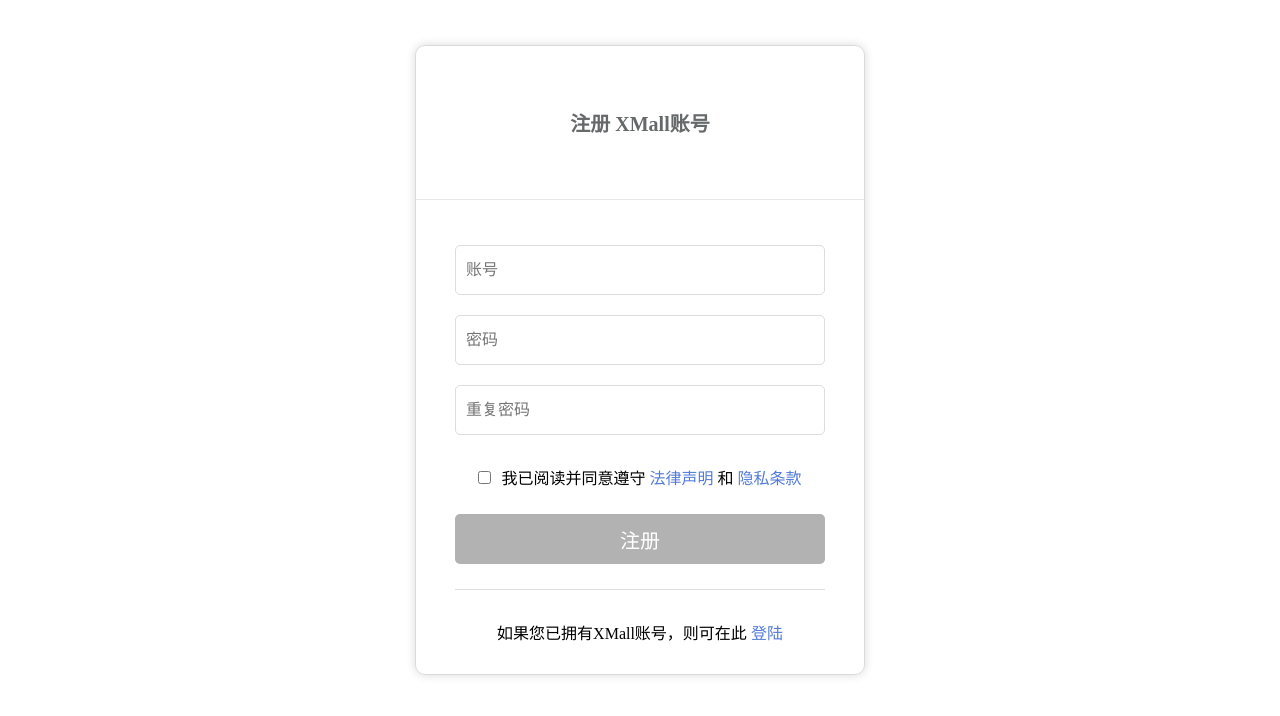
Repository: dingqihui1997/xmall-demo
Page: /signin
The author's editor kept a copy of each file at every save. The page is drawn from the files as they stood at one save, then again after the next save.
The browser window is 1280 px wide. The pictures show the whole page.
The project was rebuilt for these pictures with package versions that can differ from the ones it lists, and the page was loaded fresh each time. Also part of the build but not shown: vue.config.js, src/views/Home.vue.

Above is the page before, as saved 2021-06-29 17:26:52.

### src/main.js
import Vue from 'vue'
import App from './App.vue'
import router from './router'
import store from './store'
import ElementUI from 'element-ui';
import 'element-ui/lib/theme-chalk/index.css';
Vue.use(ElementUI);
Vue.config.productionTip = false

new Vue({
  router,
  store,
  render: h => h(App)
}).$mount('#app')

### src/App.vue
<template>
  <div id="app">
    <router-view />
  </div>
</template>

<style lang="scss">
@import "./styles/common";
@import "./styles/ui";
</style>

### src/router/index.js
import Vue from 'vue'
import VueRouter from 'vue-router'
import Home from '../views/Home.vue'

Vue.use(VueRouter)

const routes = [
  {
    path: '/',
    name: 'Home',
    component: Home
  },
  {//登录
    path: '/signin',
    name: 'Signin',
    component: () => import('../components/signin/Signin.vue')
  },
  {//注册
    path: '/register',
    name: 'Register',
    component: () => import('../components/register/Register.vue')
  },


]

const router = new VueRouter({
  mode: 'history',
  base: process.env.BASE_URL,
  routes
})

export default router

### src/styles/common.scss
 * {
     margin: 0;
     padding: 0;
 }

 .center {
     //居中显示
     margin: auto;
     position: absolute;
     top: 0;
     bottom: 0;
     left: 0;
     right: 0;
 }

 * {
     box-sizing: border-box;
 }

 .wi100 {
     width: 100%;
 }

 .hei100 {
     height: 100%;
 }

 .pflex {
     position: fixed;
     /* 固定定位 */
 }

 .flex {
     display: flex;
 }

 .flex-wrap {
     /* 子元素换行排列 */
     display: flex;
     flex-wrap: wrap;
     align-items: center;
 }

 .flex-j {
     display: flex;
     justify-content: center;
     /* 水平方向居中 */
 }

 .flex-a {
     display: flex;
     align-items: center;
     /* 垂直方向居中 */
 }

 .flex-ja {
     /* felx-ja 垂直水平方向居中 */
     display: flex;
     align-items: center;
     justify-content: center;
 }

 .flex-sb {
     /* flex-sb 子元素两边排列 */
     display: flex;
     justify-content: space-between;
 }

 .flex-sba {
     /* flex-sb 子元素两边排列 bing居中 */
     display: flex;
     justify-content: space-between;
     align-items: center;
 }

 .flex-d {
     /* z子元素竖向排列 */
     display: flex;
     flex-direction: column;
 }

 .flex-di {
     /* 子元素竖向排列并居中 */
     display: flex;
     flex-direction: column;
     align-items: center;
 }

 .flex-dj {
     /* 子元素竖向排列并居中 */
     display: flex;
     flex-direction: column;
 }

 .flex-dji {
     /* 子元素竖向排列并水平垂直居中 */
     display: flex;
     flex-direction: column;
     align-items: center;
     justify-content: center;
 }

 .pad-t10 {
     padding-top: 10px;
 }

 .pad-t15 {
     padding-top: 15px;
 }

 .margin-r55 {
     margin-right: 55px;
 }

 .marginauto {
     margin: 0 auto;
 }

 .img100 {
     width: 100%;
     height: 100%;
 }

 .img50 {
     width: 50%;
     height: 50%;
 }

 .imgh100 {
     height: 100%;
 }

 .img45 {
     width: 45%;
     height: 45%;
 }

 .img80 {
     width: 80%;
     height: 80%;
 }

 .font20 {
     font-size: 20px;
 }

 .font18 {
     font-size: 18px;
 }

 .font16 {
     font-size: 16px;
 }

 .font14 {
     font-size: 14px;
 }

 .font12 {
     font-size: 12px;
 }

 .flex1 {
     flex: 1;
 }

 .flex2 {
     flex: 1.5;
 }

 .color30 {
     color: #000000;
 }

 .color3f {
     /* 白色 */
     color: #fff;
 }

 .margin-t10 {
     margin-top: 10px;
 }

 .margin-t5 {
     margin-top: 5px;
 }

 .margin-t20 {
     margin-top: 20px;
 }

 .margin-r5 {
     margin-right: 5px;
 }

 .margin-r15 {
     margin-right: 15px;
 }

 .margin-r10 {
     margin-right: 10px;
 }

 .margin-r20 {
     margin-right: 20px;
 }

 .margin-r30 {
     margin-right: 30px;
 }

 .margin-l10 {
     margin-left: 10px;
 }

 .margin-l20 {
     margin-left: 20px;
 }

 .margin-b10 {
     margin-bottom: 10px;
 }

 .text-de {
     /* 有下划线 */
     text-decoration: underline;
 }

 .text-li {
     text-decoration: line-through;
     /* 删除线 */
 }

 .font-w7 {
     /* 加粗 */
     font-weight: 700;
 }

 .fontstyle-i {
     /* 斜体 */
     font-style: italic;
 }

 .shuoming {
     position: relative;
     top: 55px
 }

 .textr {
     text-align: right;
 }

### src/styles/ui.scss
.login {
    .el-input__inner {
        width: 370px;
        height: 50px;
    }

    .el-input__suffix {
        position: absolute;
        right: 50px;
    }

    .el-input {
        position: relative;
    }
}

### src/components/signin/Signin.vue
<template>
  <div class="one">
    <div class="box center flex-d login">
      <div class="top flex-ja">注册 XMall账号</div>
      <!-- 账号 -->
      <div class="flex-ja name">
        <input type="text" placeholder="账号" class="ipt" v-model="username" />
      </div>
      <!-- 密码 -->
      <div class="flex-ja name">
        <input
          type="password"
          placeholder="密码"
          class="ipt"
          v-model="password"
        />
      </div>
      <!-- 重复密码 -->
      <div class="flex-ja name">
        <input
          type="password"
          placeholder="重复密码"
          class="ipt"
          v-model="Repeat"
        />
      </div>
      <div class="flex-ja choice">
        <input type="checkbox" class="inpt" v-model="checked" />
        我已阅读并同意遵守<span>&nbsp;法律声明&nbsp;</span>和<span
          >&nbsp;隐私条款</span
        >
      </div>
      <div class="flex-ja regis">
        <!-- 动态绑定属性，最先是true禁用状态 -->
        <button
          :disabled="flag"
          :class="{ back: flag === false }"
          @click="goto"
        >
          注册
        </button>
      </div>
      <div class="flex-ja">
        <div class="bottom flex-ja">
          如果您已拥有XMall账号，则可在此<span>&nbsp;登陆</span>
        </div>
      </div>
    </div>
  </div>
</template>

<script>
import axios from "axios";
export default {
  name: "",
  props: {},
  data() {
    return {
      username: "",
      password: "",
      Repeat: "",
      flag: true, //最开始禁用按钮
      checked: false,
    };
  },
  components: {},
  methods: {
    goto() {
      if (this.checked === false) {
        this.$message.error("您未勾选同意我们的相关注册协议");
      }
      if (this.password !== this.Repeat) {
        this.$message.error("两次输入的密码不相同");
      }
      if (this.password === this.Repeat && this.checked === true) {
        axios
          .post("/api/users/register", {
            username: this.username,
            password: this.password,
          })
          .then((res) => {
            console.log(res);
          })
          .catch((err) => {
            console.log("请求失败", err);
          });
      }
    },
  },
  mounted() {},
  computed: {},
  watch: {
    username(val) {
      this.username = val;
    },
    password(val) {
      this.password = val;
    },
    Repeat(val) {
      //账号和密码都输入了内容后，然后就不禁用button
      this.Repeat = val;
      if (this.username !== "" && this.password !== "" && val !== "") {
        this.flag = false;
        // console.log(val);
      } else {
        this.flag = true;
      }
    },
  },
};
</script>

<style lang='scss' scoped>
.box {
  width: 450px;
  height: 630px;
  border: 1px solid #dadada;
  border-radius: 10px;
  box-shadow: 0 0 10px #dadada;
}
.one {
  height: 100vh;
}
.top {
  height: 240px;
  border-bottom: 1px solid #e7e7e7;
  font-size: 20px;
  color: #66696a;
  font-weight: 700;
  margin-bottom: 35px;
}
.ipt {
  width: 370px;
  height: 50px;
  outline: none;
  border: 1px #dcdcdc solid;
  border-radius: 5px;
  padding-left: 10px;
  font-size: 16px;
}
button {
  margin: 25px 0px;
  width: 370px;
  height: 50px;
  border-radius: 5px;
  border: none;
  color: #fff;
  font-size: 20px;
  background-color: #b2b2b2; //最开始设置成灰色背景颜色
}

span {
  color: #527bd9;
}

.name {
  margin-top: 10px;
  margin-bottom: 10px;
  text-align: center;
}
.choice {
  margin-top: 20px;
}
.regis {
  padding: 0 35px;
}
.inpt {
  margin-right: 10px;
}
.bottom {
  width: 370px;
  border-top: 1px #e0e0df solid;
  padding: 30px 0;
}
.back {
  background-color: #5f86e4; //当按钮不禁用的时候就显示蓝色，然后添加hover的效果
  &:hover {
    background-color: #6283cf;
  }
}
</style>

Loaded but not shown: public/index.html (common file); src/store/index.js (common file)

After the next save:
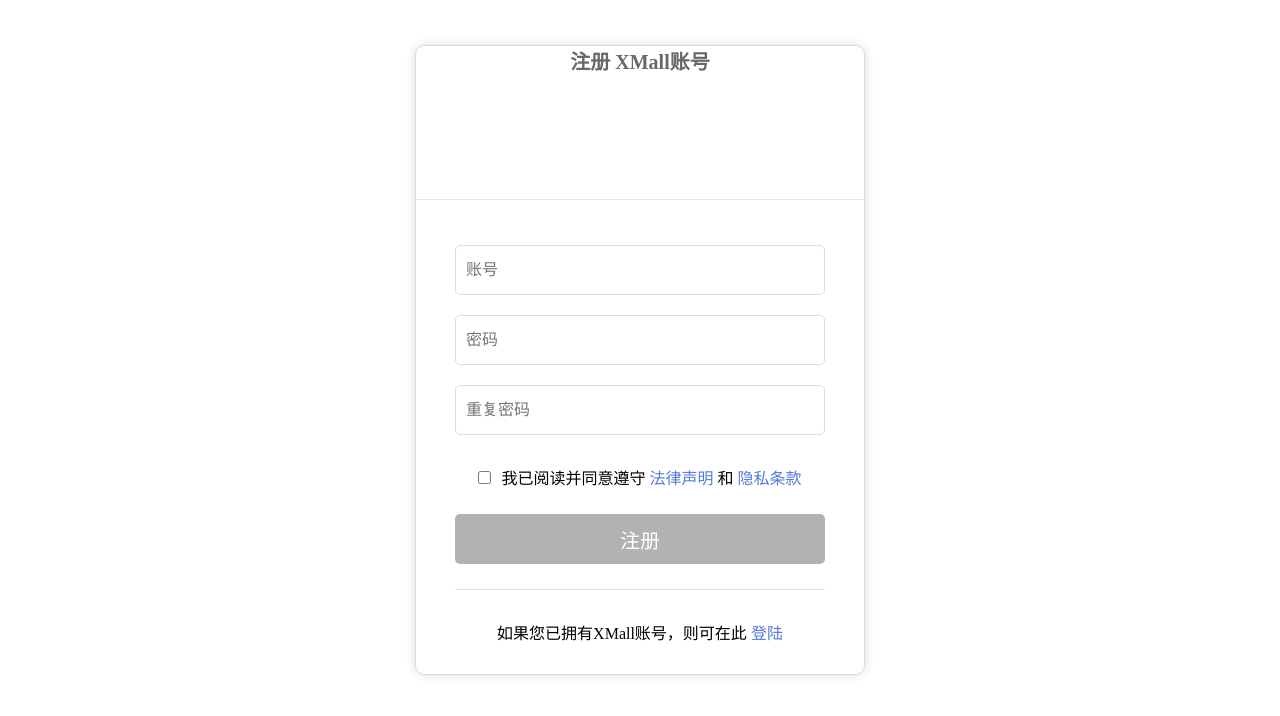
Saved 54 s later.
--- a/src/components/signin/Signin.vue
+++ b/src/components/signin/Signin.vue
@@ -1,7 +1,10 @@
 <template>
   <div class="one">
     <div class="box center flex-d login">
-      <div class="top flex-ja">注册 XMall账号</div>
+      <div class="top">
+        <div class="flex-ja"></div>
+        <div class="flex-ja">注册 XMall账号</div>
+      </div>
       <!-- 账号 -->
       <div class="flex-ja name">
         <input type="text" placeholder="账号" class="ipt" v-model="username" />
